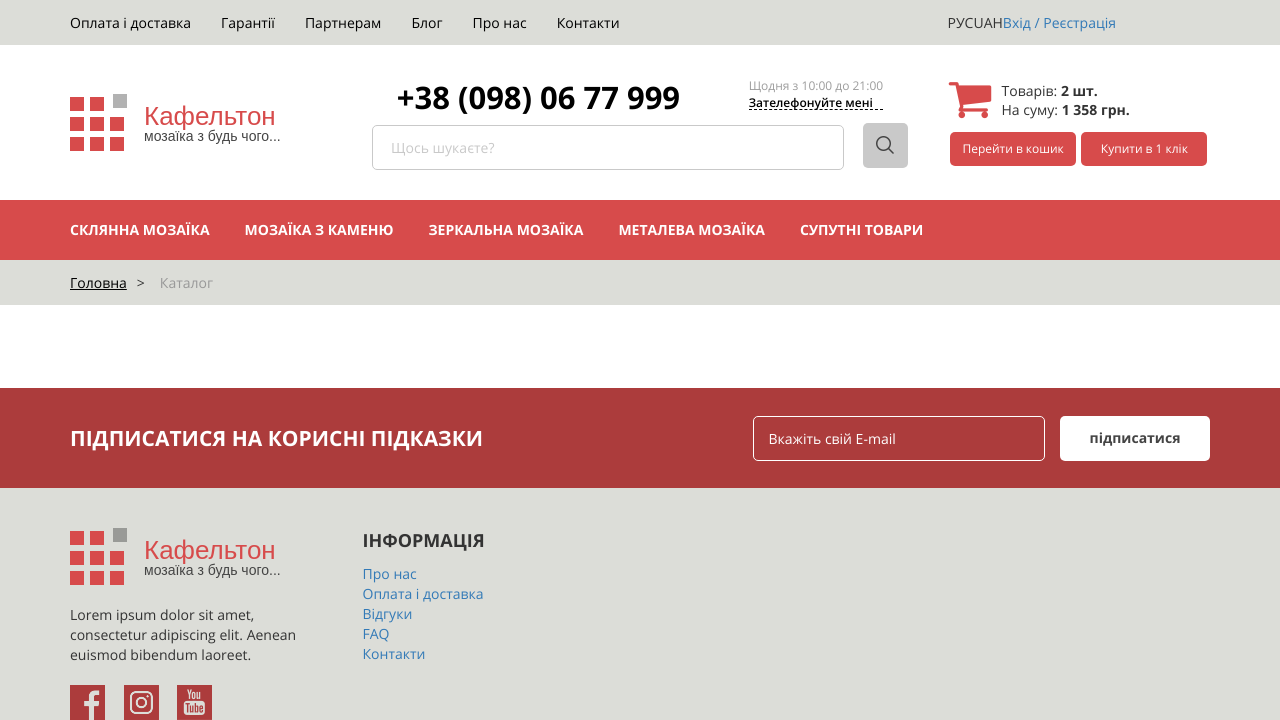
Repository: zellenka/mozaika
Page: app/index.html
These files come from the project's save history. The page is drawn as it stood at one moment and after the next save; the edit follows.
The browser window is 1280 px wide. The pictures show the whole page.
Some web fonts or font styles are not loaded; a fallback is used. The style sheet was rebuilt from its Sass, Less or Tailwind sources for each picture, by a compiler version that may differ from the author's.

Above is the page before, as saved 2018-07-13 16:24:08.
Console error (its wording comes from the project's code and is left out).

After the next save:
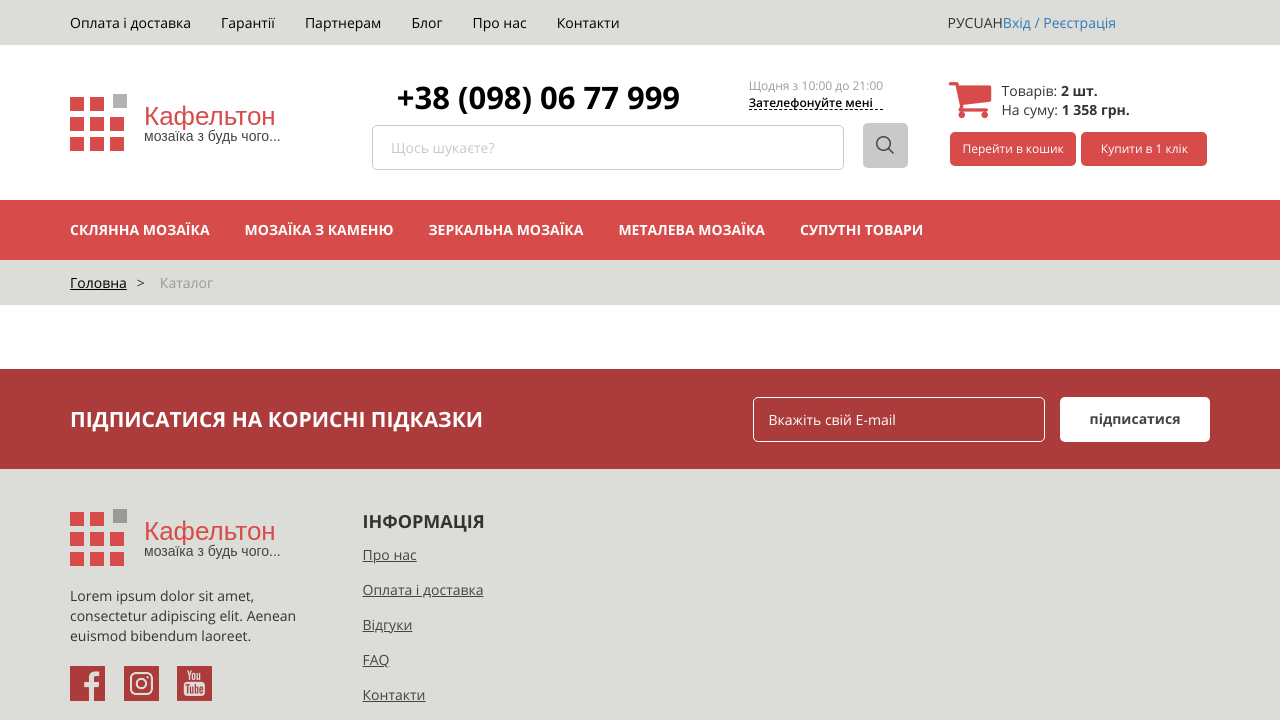
Saved 6 s later.
--- a/app/index.html
+++ b/app/index.html
@@ -146,11 +146,11 @@
 				<div class="col-md-3 footer-block__information">
 					<p class="footer-block__information-text">ІНФОРМАЦІЯ</p>
 					<ul class="footer-block__information-menu">
-						<li><a href="/">Про нас</a></li>
-						<li><a href="/">Оплата і доставка</a></li>
-						<li><a href="/">Відгуки</a></li>
-						<li><a href="/">FAQ</a></li>
-						<li><a href="/">Контакти</a></li>
+						<li class="footer-block__information-menu-item"><a href="/">Про нас</a></li>
+						<li class="footer-block__information-menu-item"><a href="/">Оплата і доставка</a></li>
+						<li class="footer-block__information-menu-item"><a href="/">Відгуки</a></li>
+						<li class="footer-block__information-menu-item"><a href="/">FAQ</a></li>
+						<li class="footer-block__information-menu-item"><a href="/">Контакти</a></li>
 					</ul>
 				</div>
 				<div class="col-md-3"></div>
